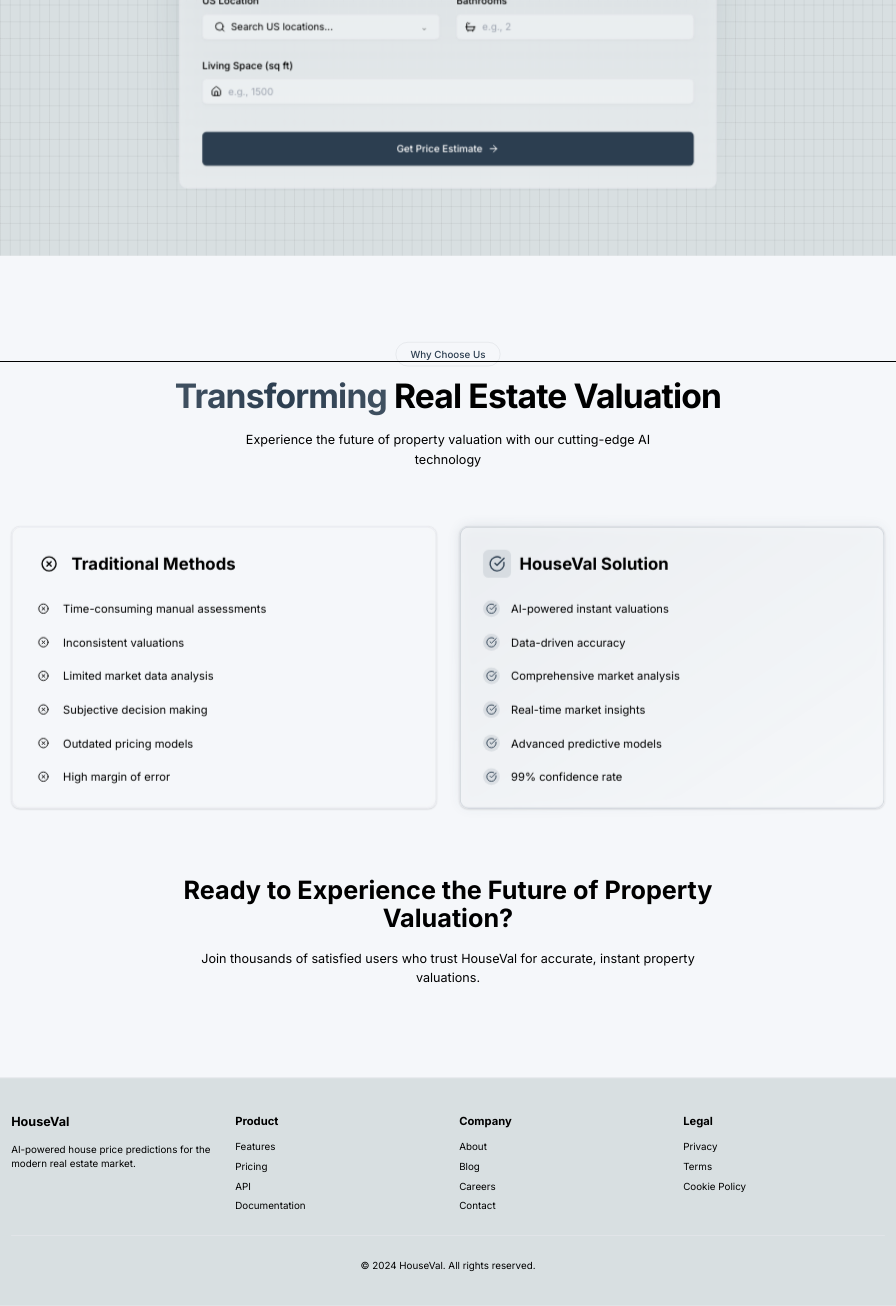
Repository: Rayyy-dev/HouseVal
Page: /
An editor plug-in stored every save of this project. The page is shown before and after the next save, followed by the edit.
The browser window is 1280 px wide. The pictures show the part of the page from y = 2388 to 4308 px (the page is 4254 px tall before and 4308 px after), at 70% of full size.
The project was rebuilt for these pictures with package versions that can differ from the ones it lists, and the page was loaded fresh each time. The framework's server and built-in components were replaced by stand-ins that run in the browser. Also part of the build but not shown: next.config.ts. Imported but missing from the stored project, and not drawn on this page: src/components/ui/command.

Above is the page before, as saved 2025-01-18 13:43:11.

After the next save:
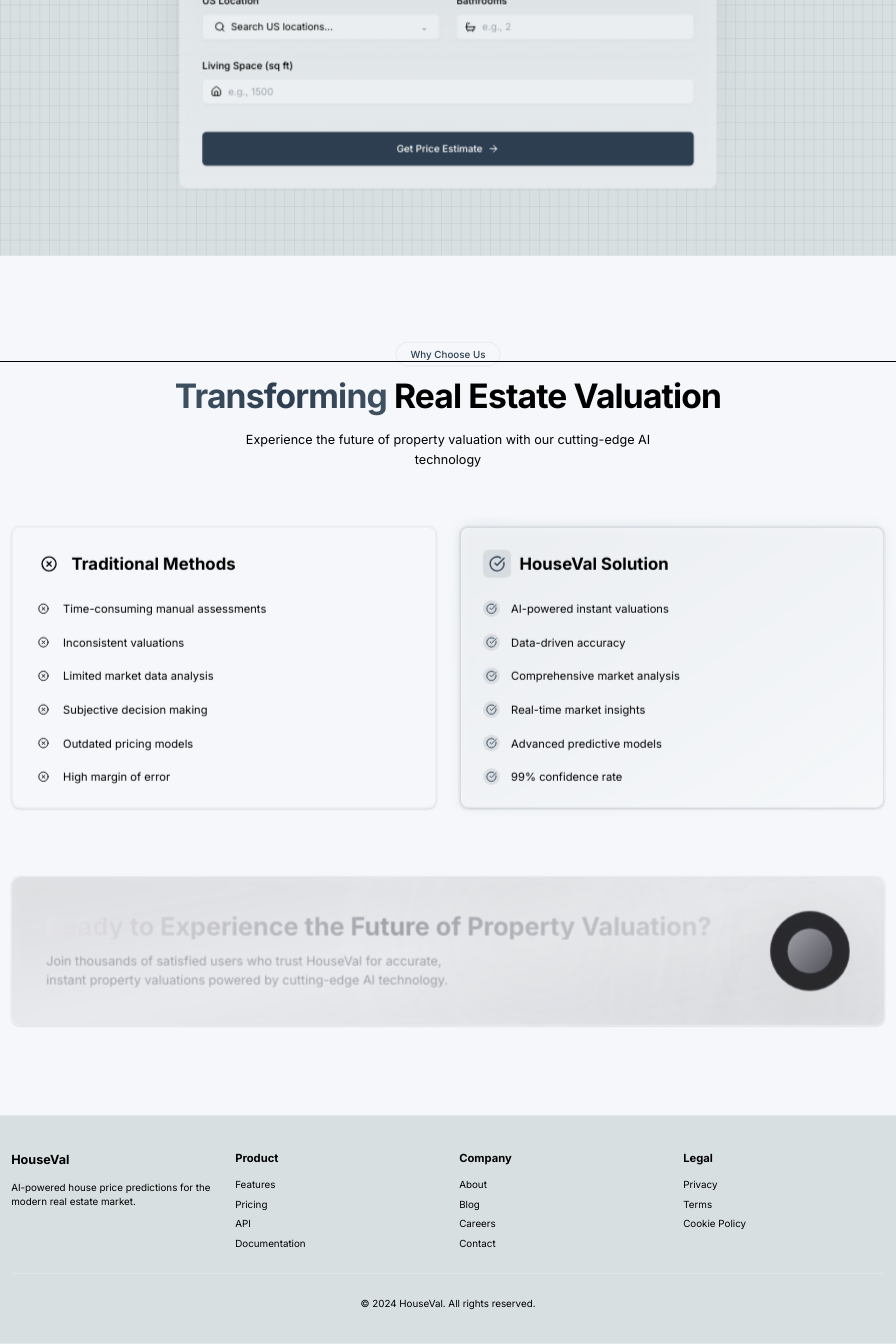
Saved 2 min 3 s later.
--- a/src/components/landing-page/sections/solution.tsx
+++ b/src/components/landing-page/sections/solution.tsx
@@ -145,16 +145,49 @@
           whileInView={{ opacity: 1, y: 0 }}
           viewport={{ once: true }}
           transition={{ duration: 0.7 }}
-          className="mt-24 text-center"
+          className="mt-24"
         >
-          <div className="max-w-3xl mx-auto">
-            <h3 className="text-3xl md:text-4xl font-bold mb-6">
-              Ready to Experience the Future of Property Valuation?
-            </h3>
-            <p className="text-lg text-muted-foreground">
-              Join thousands of satisfied users who trust HouseVal for accurate, instant property valuations.
-            </p>
-          </div>
+          <Card className="relative group overflow-hidden">
+            <div className="absolute -inset-0.5 bg-gradient-to-br from-zinc-400/30 via-zinc-100/10 to-zinc-400/30 rounded-2xl blur opacity-50" />
+            <div className="relative bg-black/5 backdrop-blur-sm rounded-xl p-12 border border-zinc-200/10">
+              <div className="absolute right-0 top-0 -z-10 h-[350px] w-[350px] rounded-full bg-zinc-500/5 blur-[100px]" />
+              <div className="absolute left-1/2 bottom-0 -z-10 h-[250px] w-[250px] rounded-full bg-zinc-400/10 blur-[100px]" />
+
+              <div className="flex flex-col md:flex-row items-center justify-between gap-8">
+                <div className="flex-1 text-left">
+                  <motion.h3
+                    initial={{ opacity: 0, y: 10 }}
+                    whileInView={{ opacity: 1, y: 0 }}
+                    transition={{ duration: 0.5 }}
+                    className="text-3xl md:text-4xl font-bold mb-4 bg-gradient-to-r from-zinc-200 via-zinc-400 to-zinc-300 bg-clip-text text-transparent"
+                  >
+                    Ready to Experience the Future of Property Valuation?
+                  </motion.h3>
+                  <motion.p
+                    initial={{ opacity: 0, y: 10 }}
+                    whileInView={{ opacity: 1, y: 0 }}
+                    transition={{ duration: 0.5, delay: 0.1 }}
+                    className="text-lg text-zinc-400 max-w-xl"
+                  >
+                    Join thousands of satisfied users who trust HouseVal for accurate, instant property valuations powered by cutting-edge AI technology.
+                  </motion.p>
+                </div>
+                <motion.div
+                  initial={{ opacity: 0, scale: 0.95 }}
+                  whileInView={{ opacity: 1, scale: 1 }}
+                  transition={{ duration: 0.5, delay: 0.2 }}
+                  className="flex items-center justify-center"
+                >
+                  <div className="relative">
+                    <div className="absolute inset-0 bg-gradient-to-br from-zinc-400/20 to-zinc-300/10 rounded-full blur-2xl" />
+                    <div className="relative bg-zinc-900/90 backdrop-blur-sm rounded-full p-6 border border-zinc-700">
+                      <div className="h-16 w-16 rounded-full bg-gradient-to-br from-zinc-400 to-zinc-600" />
+                    </div>
+                  </div>
+                </motion.div>
+              </div>
+            </div>
+          </Card>
         </motion.div>
       </div>
     </section>
